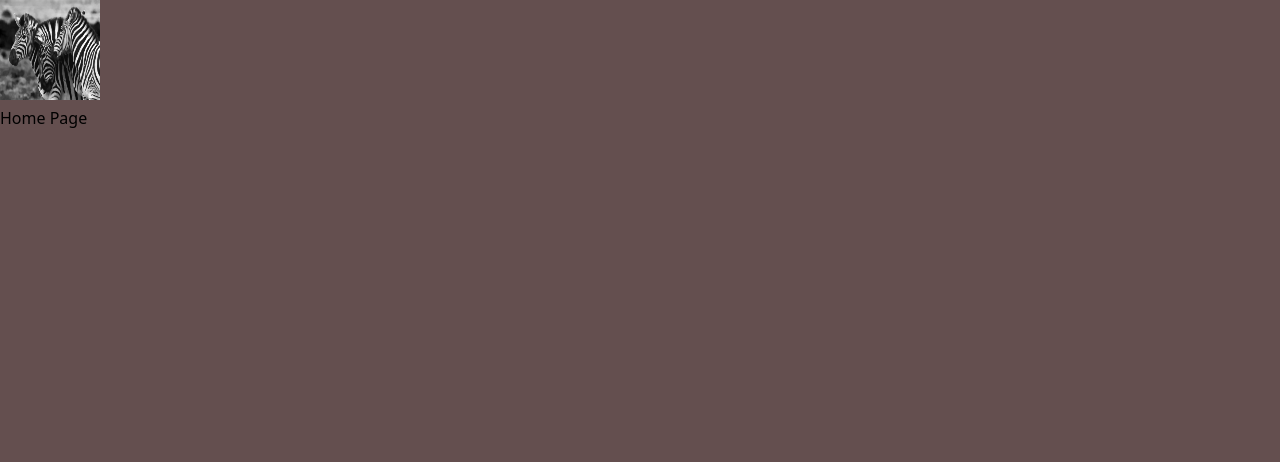
Repository: BrightonMboya/ggv-landingPage
Page: /
An editor plug-in stored every save of this project. The page is shown before and after the next save, followed by the edit.
The browser window is 1280 px wide. The pictures show the whole page.
An inner scrolling area shows only its first screen. The project was rebuilt for these pictures with package versions that can differ from the ones it lists, and the page was loaded fresh each time. The framework's server and built-in components were replaced by stand-ins that run in the browser. Also part of the build but not shown: next.config.js, pages/components/background.js.

Above is the page before, as saved 2022-06-13 16:43:51.

After the next save:
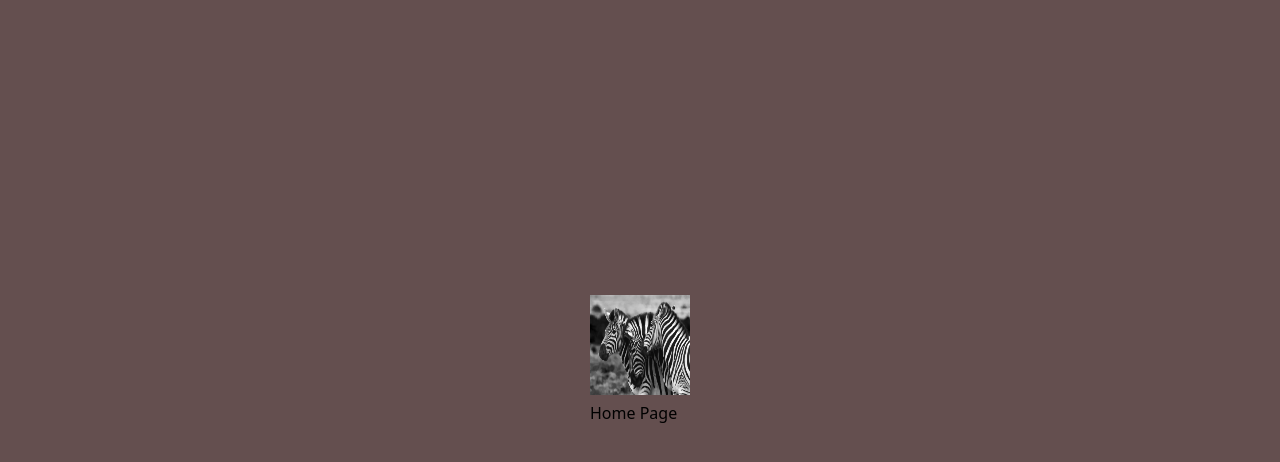
Saved 2 min 13 s later.
--- a/styles/Home.module.css
+++ b/styles/Home.module.css
@@ -6,9 +6,9 @@
 }
 .section {
   height: 100vh;
-  /* display: flex;
+  display: flex;
   justify-content: center;
-  align-items: center; */
+  align-items: center;
   scroll-snap-align: start;
 }
 
